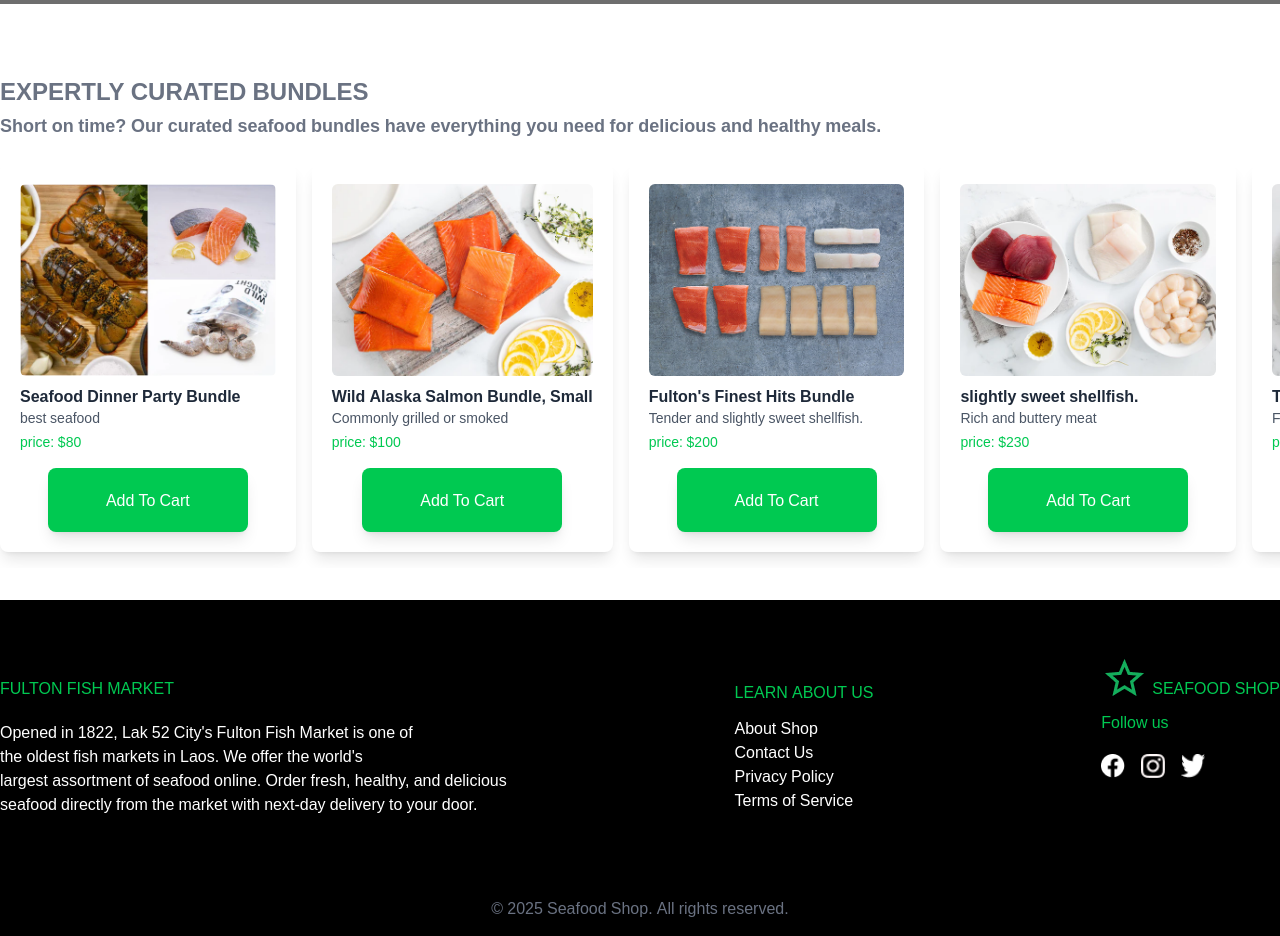
Repository: KongRucifer/SeaFood-Shop
Page: /modules/home/views
These files come from the project's save history. The page is drawn as it stood at one moment and after the next save; the edit follows.
The browser window is 1280 px wide. The pictures show the part of the page from y = 2348 to 3300 px (the page is 3284 px tall before and 3300 px after).
Pictures or frames that could not be fetched are drawn as grey boxes. The project was rebuilt for these pictures with package versions that can differ from the ones it lists, and the page was loaded fresh each time. The framework's server and built-in components were replaced by stand-ins that run in the browser. Also part of the build but not shown: next.config.ts.

Above is the page before, as saved 2025-06-25 20:32:12.

After the next save:
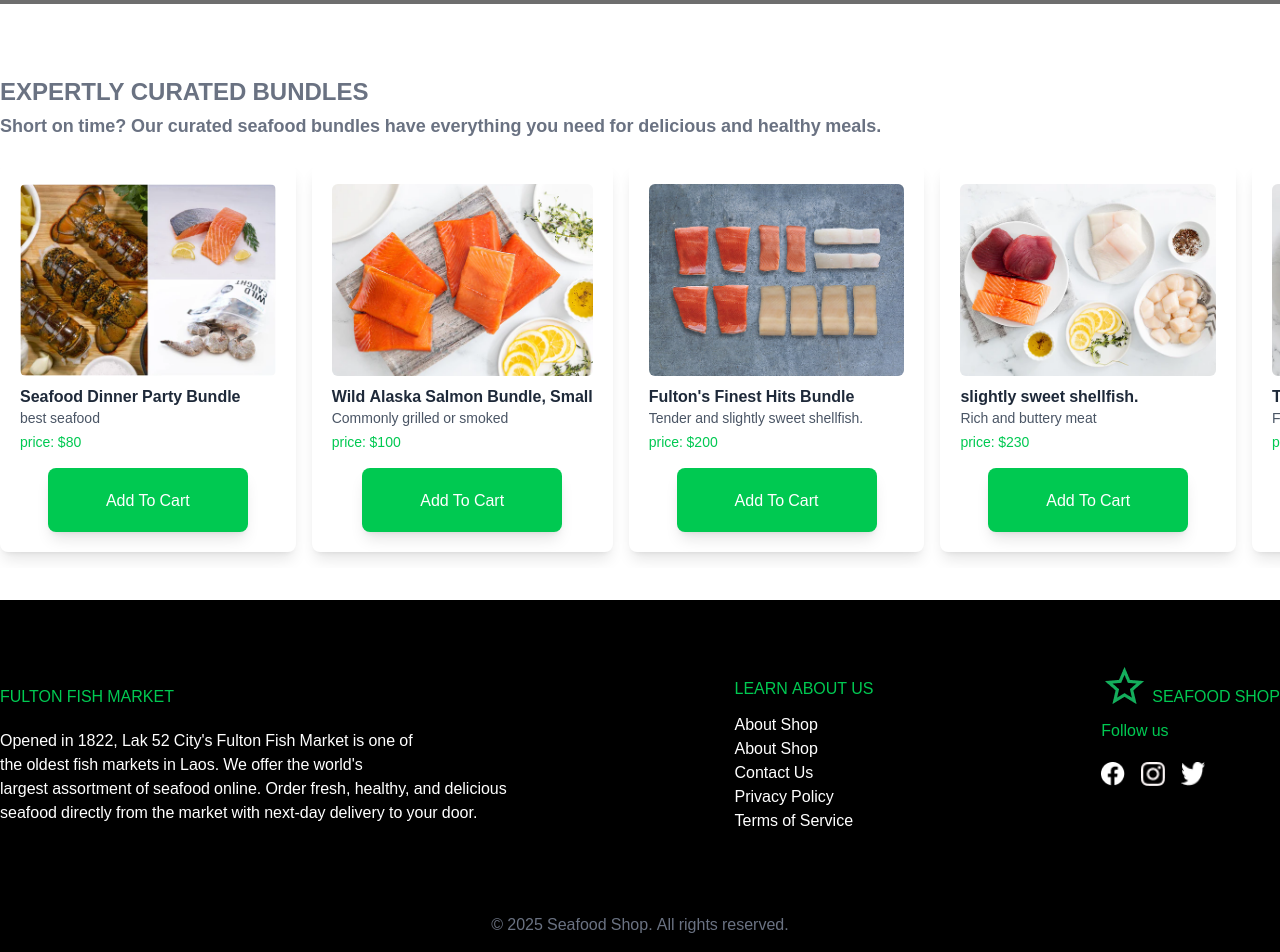
Saved 40 s later.
--- a/src/app/components/Footer.tsx
+++ b/src/app/components/Footer.tsx
@@ -19,6 +19,7 @@ export default async function Footer() {
              <h3 className="mb-3 text-green-500 ">LEARN ABOUT US</h3>
            <div>
             <ul>
+              <li className="cursor-pointer hover:text-gray-300 transition">About Shop</li>
               <li className="cursor-pointer hover:text-gray-300 transition">About Shop</li>
               <li className="cursor-pointer hover:text-gray-300 transition" >Contact Us</li>
               <li className="cursor-pointer hover:text-gray-300 transition" >Privacy Policy</li>
